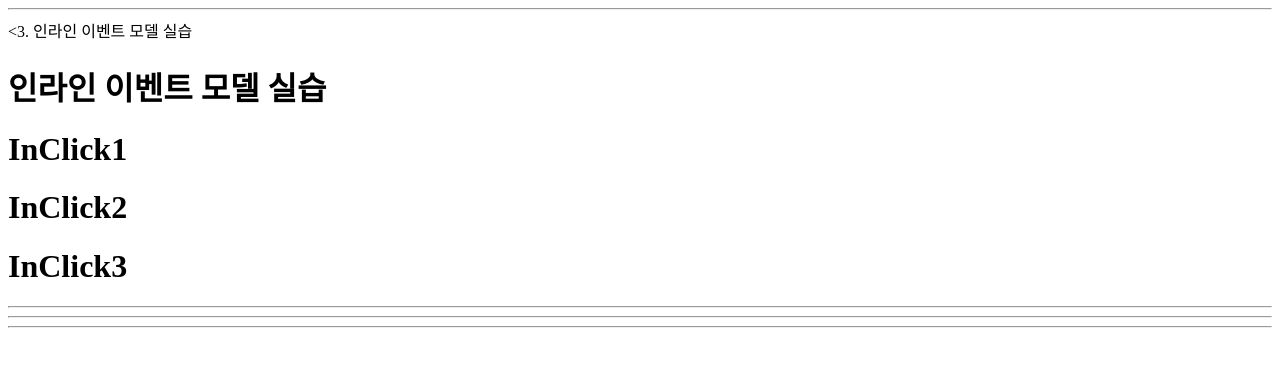
Repository: chlguswns1/web-practice
Page: javaScript/src/main/webapp/10_Event.html
These files come from the project's save history. The page is drawn as it stood at one moment and after the next save; the edit follows.
The browser window is 1280 px wide. The pictures show the whole page.

Above is the page before, as saved 2023-03-08 03:58:06.

After the next save:
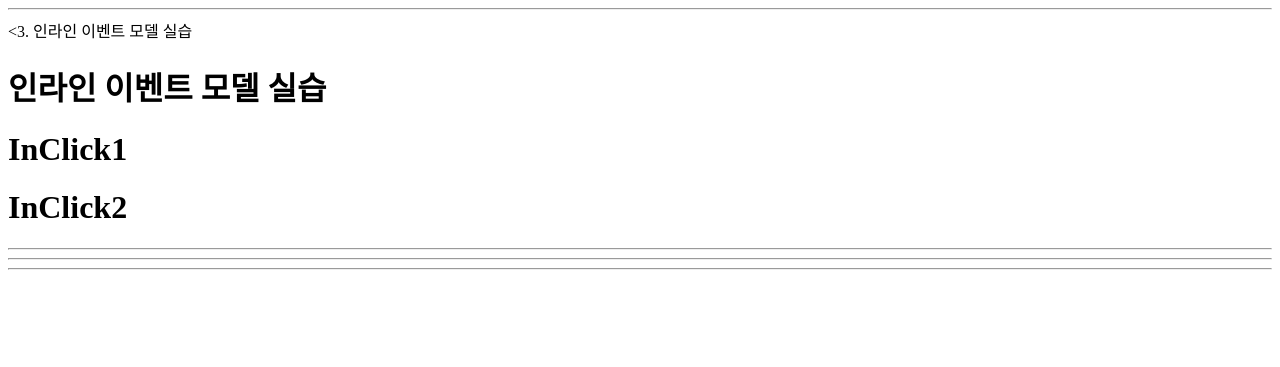
Saved 2 min 28 s later.
--- a/javaScript/src/main/webapp/10_Event.html
+++ b/javaScript/src/main/webapp/10_Event.html
@@ -103,8 +103,11 @@
 		buttonA.onclick();//강제이벤트 발생 - b를누르면 a도 같이눌린다
 	};
 	 */
+}
 /* 3. 인라인 이벤트 모델 */
 // - HTML 페이지의 가장 기본적인 이벤트 연결 방법.
+//onload가 위에 선언되어 있으면 이벤트안에 이벤트가 실행되는거라 안될수도있음
+//	<h1 onclick="whenClick(event)">InClick3</h1>을 호출
 function whenClick(event) {
 	var alpha = 20;
 	alert(alpha);
@@ -127,7 +130,7 @@
 
 /* 6. 이벤트 전달 막기 예제 */
 
-}
+
 
 
 </script>
@@ -153,7 +156,7 @@
 <h1>인라인 이벤트 모델 실습</h1>
 	<h1 onclick="alert('클릭')">InClick1</h1> <!-- 직접적으로바로 -->
 	<h1 onclick="var alpha=10;alert(alpha);">InClick2</h1>
-	<h1 onclick="whenClick(event)">InClick3</h1>
+<!--  -->
 
 	<hr/>
 

After the save that followed:
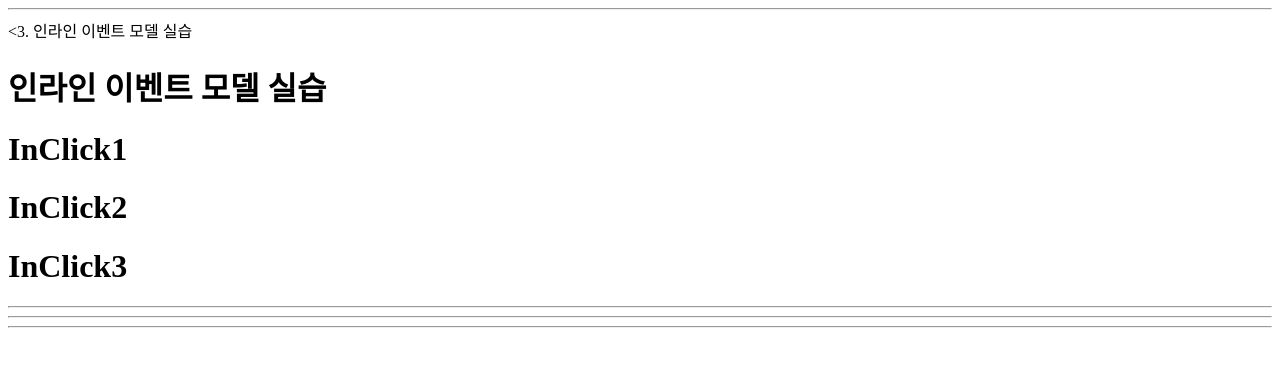
Saved 46 s later.
--- a/javaScript/src/main/webapp/10_Event.html
+++ b/javaScript/src/main/webapp/10_Event.html
@@ -103,10 +103,9 @@
 		buttonA.onclick();//강제이벤트 발생 - b를누르면 a도 같이눌린다
 	};
 	 */
-}
 /* 3. 인라인 이벤트 모델 */
 // - HTML 페이지의 가장 기본적인 이벤트 연결 방법.
-//onload가 위에 선언되어 있으면 이벤트안에 이벤트가 실행되는거라 안될수도있음
+//onload가 위에 선언되어 있으면 이벤트안에 이벤트가 실행되는거라 안될수동
 //	<h1 onclick="whenClick(event)">InClick3</h1>을 호출
 function whenClick(event) {
 	var alpha = 20;
@@ -130,7 +129,7 @@
 
 /* 6. 이벤트 전달 막기 예제 */
 
-
+}
 
 
 </script>
@@ -156,7 +155,8 @@
 <h1>인라인 이벤트 모델 실습</h1>
 	<h1 onclick="alert('클릭')">InClick1</h1> <!-- 직접적으로바로 -->
 	<h1 onclick="var alpha=10;alert(alpha);">InClick2</h1>
-<!--  -->
+	<h1 onclick="whenClick(event)">InClick3</h1>
+
 
 	<hr/>
 
